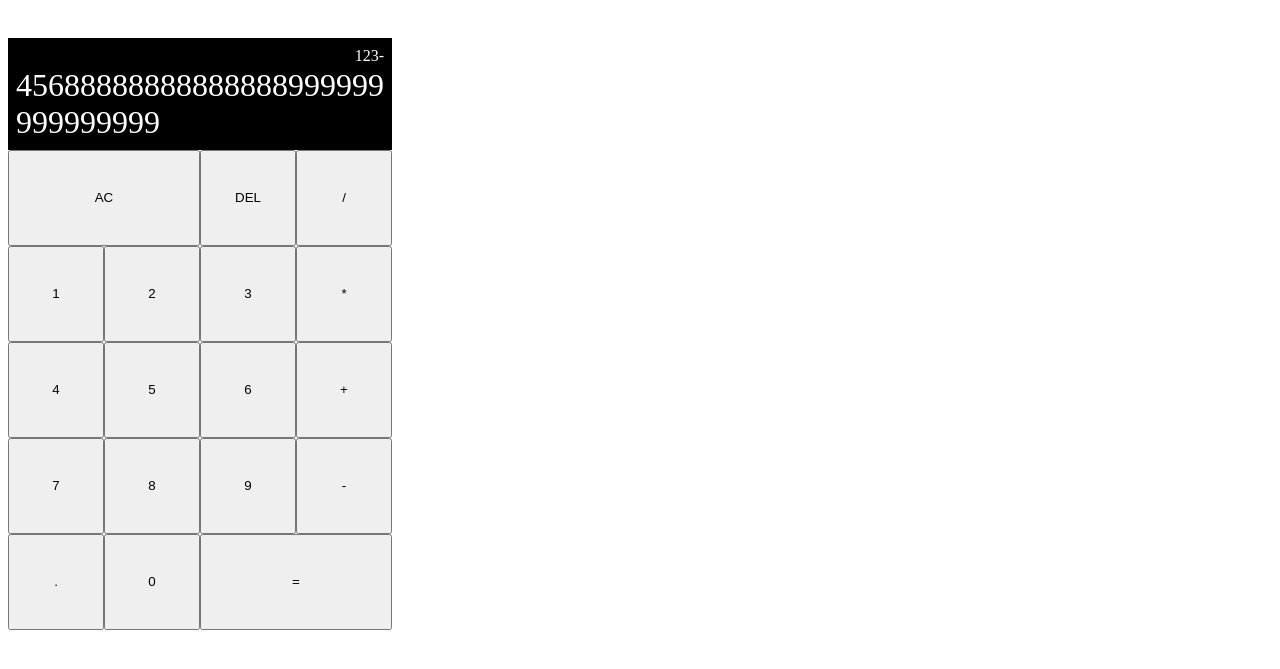
Repository: khadergw/calculator
Page: / (app in calculator/)
An editor plug-in stored every save of this project. The page is shown before and after the next save, followed by the edit.
The browser window is 1280 px wide. The pictures show the whole page.
The project was rebuilt for these pictures with package versions that can differ from the ones it lists, and the page was loaded fresh each time. Also part of the build but not shown: calculator/src/App.css.

Above is the page before, as saved 2022-09-11 00:39:31.

After the next save:
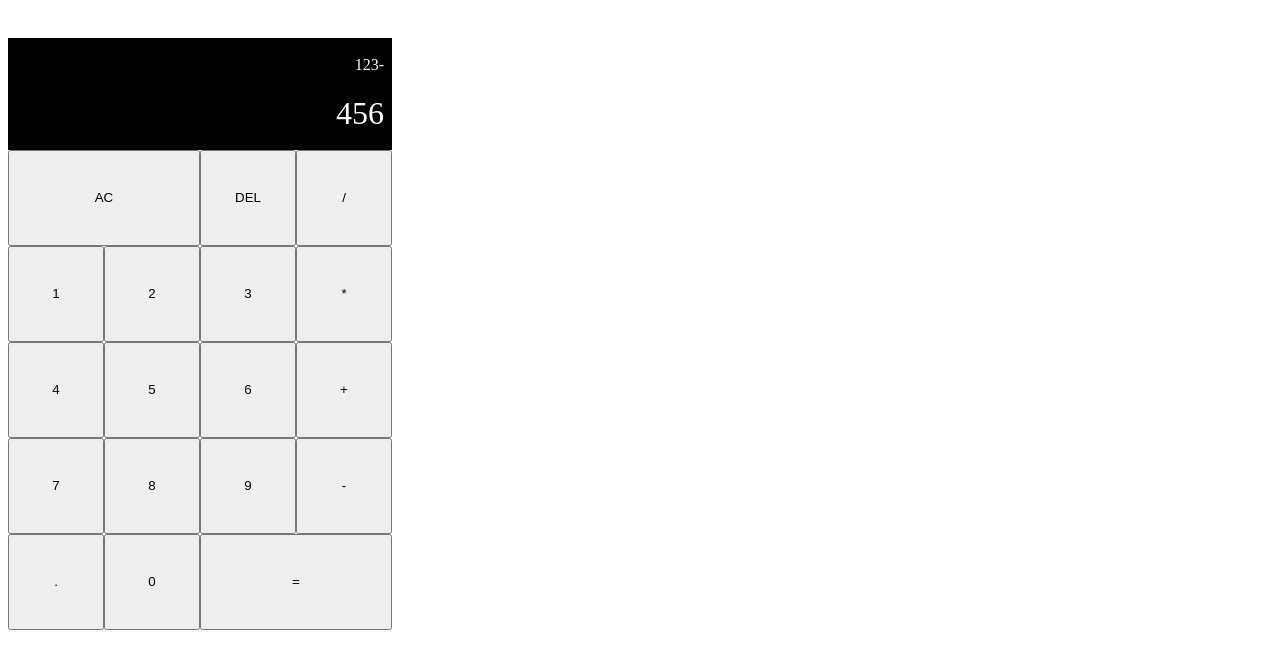
Saved 8 s later.
--- a/calculator/src/App.js
+++ b/calculator/src/App.js
@@ -6,7 +6,7 @@ function App() {
     <div className="CalGrid">
       <div className='output'>
         <div className='prevOper'>123-</div>
-        <div className='currOper'>45688888888888888999999999999999</div>
+        <div className='currOper'>456</div>
       </div>
       <button className='wider'>AC</button>
       <button>DEL</button>
